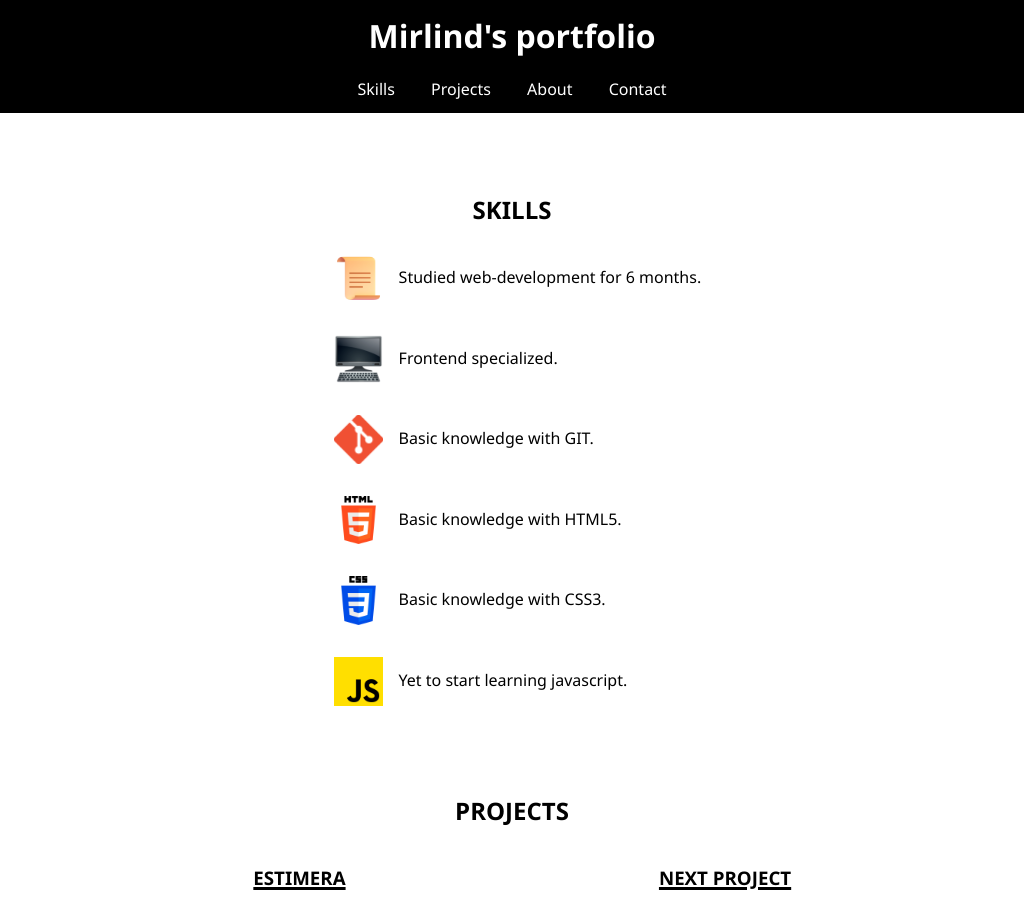
Repository: mirkbirki/mirkbirki.github.io
Page: index.html
An editor plug-in stored every save of this project. The page is shown before and after the next save, followed by the edit.
The browser window is 1024 px wide. The pictures show the part of the page from y = 0 to 909 px (the page is 1629 px tall before and 2194 px after).
Pictures or frames that could not be fetched are drawn as grey boxes.

Above is the page before, as saved 2022-11-23 17:14:46.

After the next save:
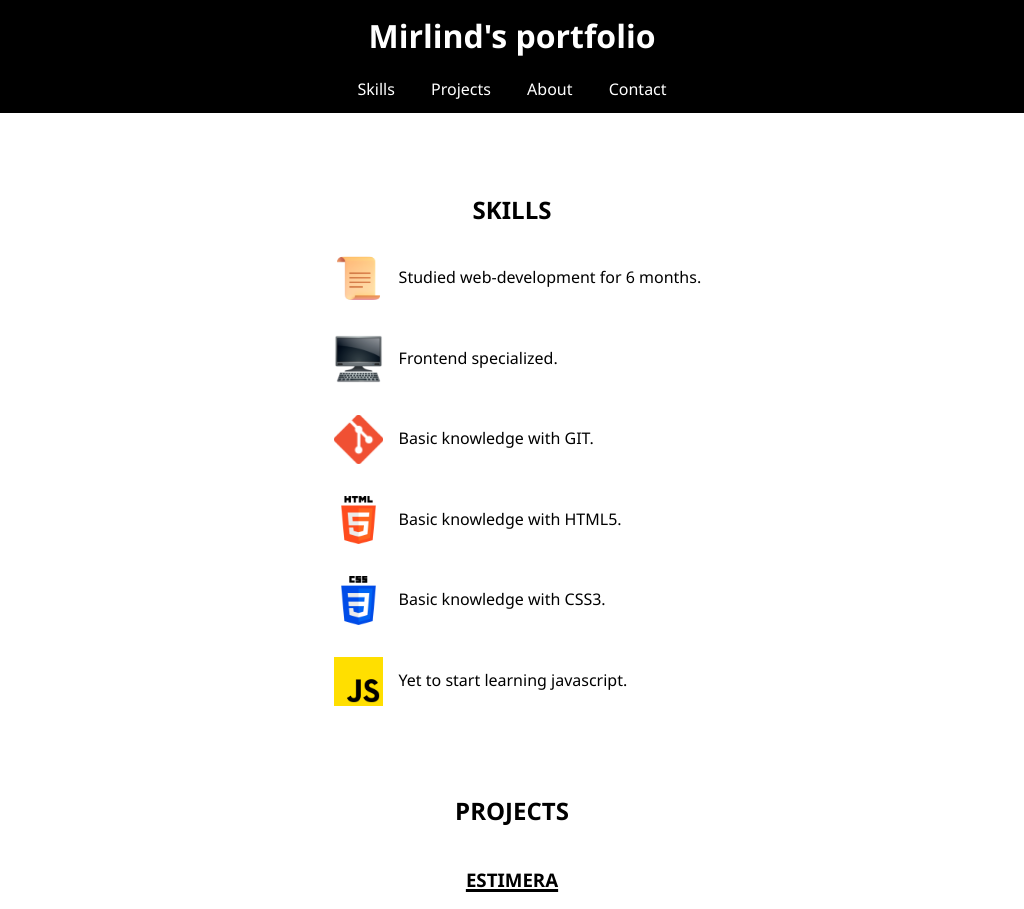
Saved 14 min 58 s later.
--- a/styles.css
+++ b/styles.css
@@ -140,6 +140,36 @@ nav a:hover {
   text-decoration-thickness: 3px;
 }
 
+@media screen and (max-width: 1150px) {
+
+  /* PROJECTS */
+
+  .grid-container-projects {
+    display: block;
+    text-align: center;
+    height: 100%;
+    margin: 0 auto;
+  }
+
+  .grid-project-1 {
+    padding-top: 0.1rem;
+  }
+
+  .img-project {
+    width: 80%;
+  }
+
+  .projects-text {
+    padding-left: 6rem;
+    width: 80%;
+  }
+
+  .grid-project-2 {
+    padding-top: 0.1rem;
+  }
+
+}
+
 @media screen and (max-width: 750px) {
 
   /* HEADER */
